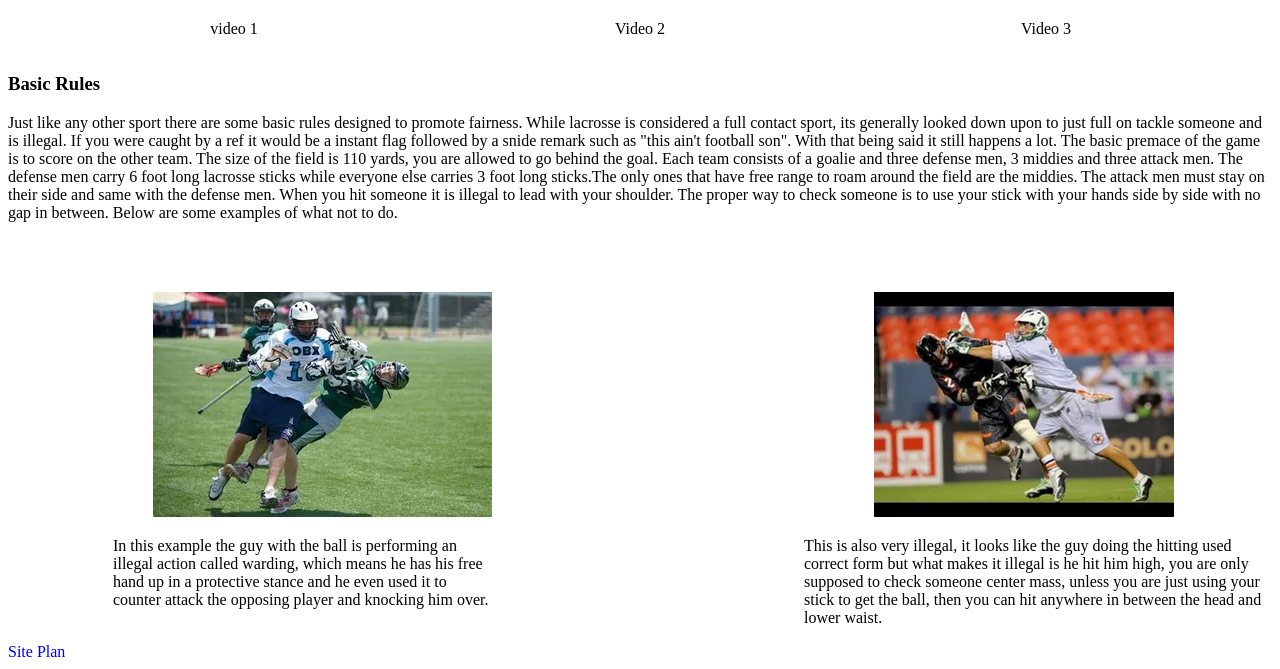
Repository: nak97/personal-site
Page: lacrosse.html
The author's editor kept a copy of each file at every save. The page is drawn from the files as they stood at one save, then again after the next save.
The browser window is 1280 px wide. The pictures show the part of the page from y = 540 to 1227 px (the page is 1209 px tall before and 1227 px after).

Above is the page before, as saved 2023-03-17 09:22:09.

After the next save:
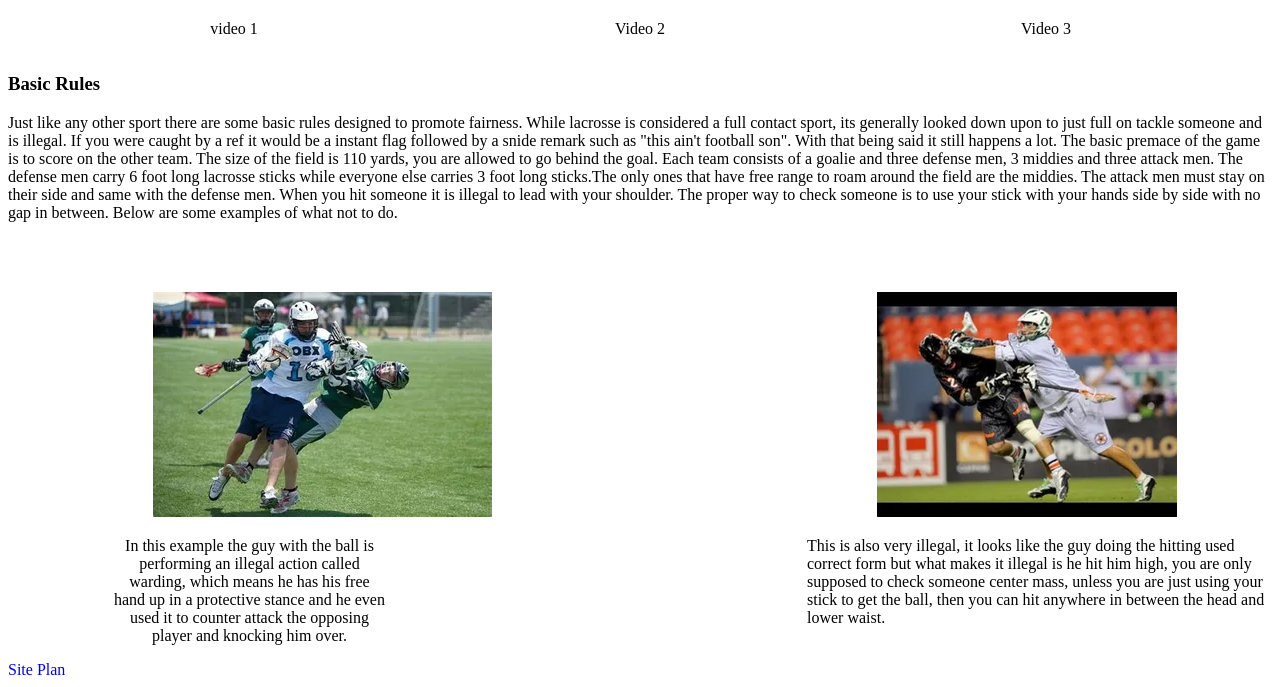
Saved 80 s later.
--- a/personal-site.css
+++ b/personal-site.css
@@ -25,25 +25,26 @@ nav{
 .img1{
   margin-left: 105px;
 }
+.img1 p{
+  text-align: center;
+  margin-right: 109px;
+}
 
 .img2{
   margin-left: 312px;
+}
+
+.img-2 p{
+  padding-left: 210px;
+  text-align: center;
 }
 
 .img-1{
   margin-left: 40px;
 }
 
-.img-1 p{
-  text-align: center;
-  margin-right: 109px;
-}
+
 
 .img-2{
   margin-left: 70px;
 }
-
-.img-2 p{
-  padding-left: 210px;
-  text-align: center;
-}
